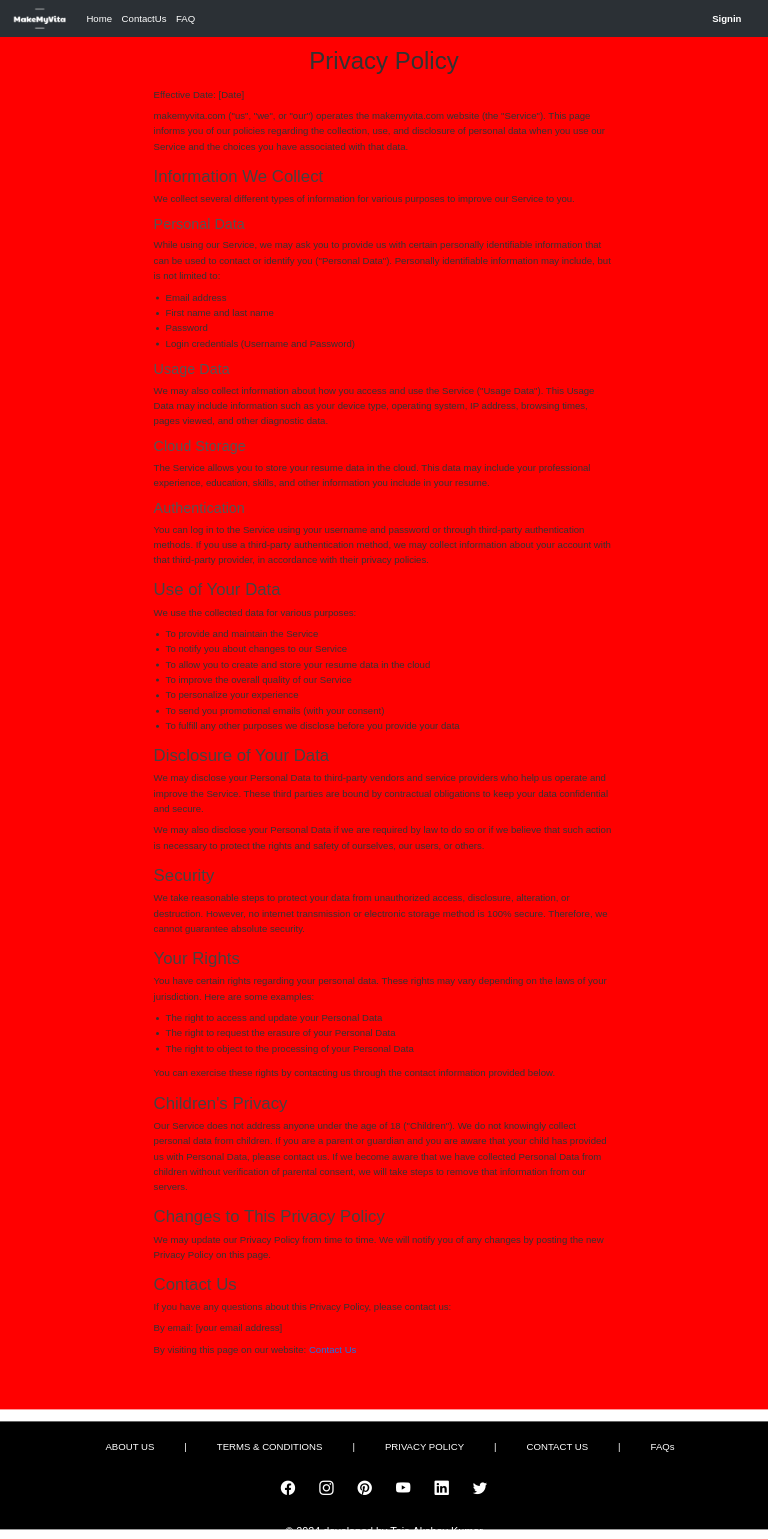
Repository: Tejaakshaykumar/MakeMyVita-Resume-Builder-Website
Page: /privacy (app in frontend/)
These files come from the project's save history. The page is drawn as it stood at one moment and after a run of saves; the edit follows.
The browser window is 1280 px wide. The pictures show the whole page, at 60% of full size.
Some web libraries are served in a nearby version. The project was rebuilt for these pictures with package versions that can differ from the ones it lists, and the page was loaded fresh each time. Also part of the build but not shown: frontend/src/App.css, frontend/src/containers/About.js, frontend/src/containers/Buildresume.js, frontend/src/containers/Images.js, frontend/src/containers/Features.js, frontend/src/containers/Review.js, frontend/src/containers/Trybox.js, frontend/src/containers/Motionbox.js and 5 more.

Above is the page before, as saved 2024-06-10 11:57:30.

### frontend/public/index.html
<!DOCTYPE html>
<html lang="en">
  <head>
    <meta charset="utf-8" />
    <link rel="icon" href="%PUBLIC_URL%/favicon.ico" />
    <meta name="viewport" content="width=device-width, initial-scale=1" />
    <meta name="theme-color" content="#000000" />
    <meta
      name="description"
      content="Web site created using create-react-app"
    />
    <link rel="apple-touch-icon" href="%PUBLIC_URL%/logo192.png" />
    <!--
      manifest.json provides metadata used when your web app is installed on a
      user's mobile device or desktop. See https://developers.google.com/web/fundamentals/web-app-manifest/
    -->
    <link rel="manifest" href="%PUBLIC_URL%/manifest.json" />
    <link rel="stylesheet" href="https://stackpath.bootstrapcdn.com/bootstrap/4.5.2/css/bootstrap.min.css">
  <link rel="stylesheet" href="https://stackpath.bootstrapcdn.com/font-awesome/4.7.0/css/font-awesome.min.css">
  <link href="https://cdn.jsdelivr.net/npm/bootstrap@5.3.3/dist/css/bootstrap.min.css" rel="stylesheet" integrity="sha384-QWTKZyjpPEjISv5WaRU9OFeRpok6YctnYmDr5pNlyT2bRjXh0JMhjY6hW+ALEwIH" crossorigin="anonymous">
  <link href="https://cdn.jsdelivr.net/npm/bootstrap-icons@1.7.2/font/bootstrap-icons.css" rel="stylesheet">
    <!--
      Notice the use of %PUBLIC_URL% in the tags above.
      It will be replaced with the URL of the `public` folder during the build.
      Only files inside the `public` folder can be referenced from the HTML.

      Unlike "/favicon.ico" or "favicon.ico", "%PUBLIC_URL%/favicon.ico" will
      work correctly both with client-side routing and a non-root public URL.
      Learn how to configure a non-root public URL by running `npm run build`.
    -->
    <title>React App</title>
  </head>
  <body>
    <noscript>You need to enable JavaScript to run this app.</noscript>
    <div id="root"></div>
    <!--
      This HTML file is a template.
      If you open it directly in the browser, you will see an empty page.

      You can add webfonts, meta tags, or analytics to this file.
      The build step will place the bundled scripts into the <body> tag.

      To begin the development, run `npm start` or `yarn start`.
      To create a production bundle, use `npm run build` or `yarn build`.
    -->
  </body>
  <script src="https://cdn.jsdelivr.net/npm/bootstrap@5.3.3/dist/js/bootstrap.bundle.min.js" integrity="sha384-YvpcrYf0tY3lHB60NNkmXc5s9fDVZLESaAA55NDzOxhy9GkcIdslK1eN7N6jIeHz" crossorigin="anonymous"></script>
</html>

### frontend/src/containers/Navbar.js
import React from 'react';
import { useNavigate } from 'react-router-dom';
import logo from '../images/HubSpot Brand Kit/Logo/PNG/main-logo-white-transparent.png';
export default function Navbar() {
  const navigate = useNavigate();
  const handleSigninClick = () => {
    navigate('/signin');
  };
  return (
    <div>

      <nav className="navbar fixed-top navbar-expand-lg bg-body-tertiary" data-bs-theme="dark" >
      <div className="container-fluid" >
        <a className="navbar-brand" href="/">
        <img src={logo} alt="Logo" style={{height:'5vh',width:'15vh',objectFit:'cover'}} />
        </a>
        <button
          className="navbar-toggler"
          type="button"
          data-bs-toggle="collapse"
          data-bs-target="#navbarSupportedContent"
          aria-controls="navbarSupportedContent"
          aria-expanded="false"
          aria-label="Toggle navigation"
        >
          <span className="navbar-toggler-icon" />
        </button>
        <div className="collapse navbar-collapse" id="navbarSupportedContent">
          <ul className="navbar-nav me-auto mb-2 mb-lg-0">
            <li className="nav-item">
              <a className="nav-link active" aria-current="page" href="/">
                Home
              </a>
            </li>
            <li className="nav-item">
              <a className="nav-link active" aria-current="page" href="#">
                ContactUs
              </a>
            </li>
            <li className="nav-item">
              <a className="nav-link active" aria-current="page" href="/FAQ">
                FAQ
              </a>
            </li>
          </ul>
          <form className="d-flex">
            <button className=" btn btn-outline-success custom-btn" type="submit" onClick={handleSigninClick}>
            &nbsp;&nbsp;&nbsp;&nbsp;&nbsp;Signin&nbsp;&nbsp;&nbsp;&nbsp;&nbsp;
            </button>
          </form>
        </div>
      </div>
    </nav>

    </div>
  );
}

### frontend/src/containers/Foot.js
import React from 'react';
import './cont.css'; // Import the CSS file

export default function Foot() {
  return (
    <footer>
      <div className="footer-container ">
        <ul className="footer-nav">
        <li className="nav-item">
            <a className="nav-link" href="/aboutus">
              ABOUT US
            </a>
          </li>
          <>|</>
          <li className="nav-item">
            <a className="nav-link" href="/T&C">
              TERMS & CONDITIONS
            </a>
          </li>
          <>|</>
        <li className="nav-item">
            <a className="nav-link" href="/privacy">
              PRIVACY POLICY
            </a>
          </li>
          <>|</>
          <li className="nav-item">
            <a className="nav-link" href="#">
              CONTACT US
            </a>
          </li>
          <>|</>
          <li className="nav-item">
            <a className="nav-link" href="/FAQ">
              FAQs
            </a>
          </li>
        </ul>
        <div class="social-icons">
        <a href="https://www.facebook.com" target="_blank" aria-label="Facebook">
          <i class="bi bi-facebook"></i>
        </a>
        <a href="https://www.instagram.com" target="_blank" aria-label="Instagram">
          <i class="bi bi-instagram"></i>
        </a>
        <a href="https://www.pinterest.com" target="_blank" aria-label="Pinterest">
          <i class="bi bi-pinterest"></i>
        </a>
        <a href="https://www.youtube.com" target="_blank" aria-label="YouTube">
          <i class="bi bi-youtube"></i>
        </a>
        <a href="https://www.linkedin.com" target="_blank" aria-label="LinkedIn">
          <i class="bi bi-linkedin"></i>
        </a>
        <a href="https://www.twitter.com" target="_blank" aria-label="Twitter">
          <i class="bi bi-twitter"></i>
        </a>
      </div>
      <div className="footer-copy">
          &copy; 2024 developed by Teja Akshay Kumar
      </div>
      </div>
    </footer>
  );
}

### frontend/src/containers/cont.css
/* navbar */
.custom-btn {
  color: white;
}
.custom-btn:hover {
  color: black;
  background-color: white;
}

.footer-container {
  height: 25vh;
  width: 100%;
  background-color: rgb(0, 0, 0);
  color: white;
  display: flex;
  flex-direction: column;
  align-items: center;
  /* padding-bottom: 3%; */
  /* justify-content: center; */
}

.footer-nav {
  display: flex;
  list-style: none;
  padding-top: 30px;
  margin: 0;
}

.footer-nav .nav-item {
  margin: 0 50px;
}

.footer-nav .nav-item .nav-link {
  color: white;
  text-decoration: none;
  /* text-transform: uppercase; */
  /* text-decoration: underline; */
}

.footer-nav .nav-item .nav-link:hover {
  text-decoration: underline;
}

.footer-copy {
  /* padding-top: 5%; */
  text-align: center;
  font-size: large;
  font-weight: 500;
  /* padding-bottom: 3%; */
}

.social-icons {
  display: flex;
  justify-content: center;
  gap: 40px;
  padding: 40px;
  /* background-color: #f0f0f0; */
}

.social-icons a {
  color: #ffffff;
  font-size: 24px;
  text-decoration: none;
}

.social-icons a:hover {
  color: #007bff;
}

/* Features */

.feature-component {
  height: 90vh;
  width: 100%;
  display: flex;
  justify-content: flex-start;
  flex-wrap: wrap;
  margin-top: 10%;
  padding-left: 8%;
  padding-right: 8%;
}
.feature {
  flex: 1 1 30%;
  box-sizing: border-box;
  padding: 20px;
  margin: 10px;
  text-align: center;
  background-color: #fff;
  border-radius: 8px;
  /* box-shadow: 0 4px 8px rgba(0, 0, 0, 0.1); */
}

.feature img {
  width: 60px;
  height:80px;
  margin-bottom: 10px;
}

.feature h3 {
  font-size: 1.5em;
  margin-bottom: 10px;
  font-weight: 500;
  font-family:'Franklin Gothic Medium', 'Arial Narrow', Arial, sans-serif;
}

.feature p {
  font-size: 1.3em;
  color: #666;
  font-weight: 400;
  font-family: 'Gill Sans', 'Gill Sans MT', Calibri, 'Trebuchet MS', sans-serif;
}

.feature:hover {
  background: linear-gradient(to right, #fd4908, #1e90ff);
  box-shadow: black;
  border-radius: 5%;
  color: rgb(255, 255, 255);
}

.feature:hover h3,
.feature:hover p {
  color: rgb(255, 255, 255);
}

/* About */
.resume-builder-container {
  display: flex;
  flex-direction: row;
  justify-content: space-between;
  align-items: center;
  padding: 10vh;
  /* background-color: #fff; */
  background: linear-gradient(to right, #84eefc, #ffffff, #ffffff);
  /* background:linear-gradient(to left, #00e1ff,#ffffff, #ffffff); */
  /* border: 1px solid #ddd; */
  /* border-radius: 8px; */
  /* box-shadow: 0 2px 4px rgba(0, 0, 0, 0.1); */
  height: 80vh;
}

.resume-builder-container1 {
  display: flex;
  flex-direction: row;
  justify-content: space-between;
  align-items: center;
  padding: 10vh;
  height: 80vh;
  background: linear-gradient(to top, #ffffff, #59CE8F,#E8F9FD, #ffffff);
}

/* .resume-builder-image {
    -webkit-mask-image: radial-gradient(circle, rgba(0, 0, 0, 1) 50%, rgba(0, 0, 0, 0) 90%);
    mask-image: radial-gradient(circle, rgba(0, 0, 0, 1) 50%, rgba(0, 0, 0, 0) 90%);
  }
   */
.resume-builder-content {
  max-width: 60%;
  padding: 10%;
}

.resume-builder-content1 {
  max-width: 70%;
  padding: 10%;
}

.resume-builder-content h1 {
  font-size: 4em;
  color: #333;
  margin-bottom: 10px;
  font-family: "Franklin Gothic Medium", "Arial Narrow", Arial, sans-serif;
  text-align: left;
}

.resume-builder-content p {
  font-size: 1.4em;
  font-weight: 400;
  color: #666;
  line-height: 1.5;
  margin-bottom: 20px;
  /* padding-left: 2%; */
  /* text-align: center; */
}

.resume-builder-content1 h1 {
  font-size: 4em;
  color: #333;
  margin-bottom: 10px;
  font-family: "Franklin Gothic Medium", "Arial Narrow", Arial, sans-serif;
  text-align: left;
}

.resume-builder-content1 p {
  font-size: 1.4em;
  font-weight: 400;
  color: #666;
  line-height: 1.5;
  margin-bottom: 20px;
  /* padding-left: 2%; */
  /* text-align: center; */
}

.aboutbutton {
  height: 6vh;
  width: 27%;
  margin-left: 20%;
  margin-top: 2%;
  text-align: center;
  font-weight: 500;
  border-radius: 7px;
  color: #ffffff;
  font-weight: 700;
  transition: background 0.3s ease;
  /* border-style:solid; */
  border-color: white;
  background: #3e14fc;
  box-shadow: 0 2px 6px rgba(24, 23, 23, 0.801);
  /* box-shadow: #3e14fc; */
}
.aboutbutton:hover {
  transition: background 0.3s ease;
  border-style: solid;
  background: linear-gradient(to right, #ffd000, #ff0000);
  box-shadow: #3e14fc;
}

.create-now-button {
  background-color: #00b0ff;
  color: #fff;
  border: none;
  padding: 10px 20px;
  font-size: 1em;
  border-radius: 5px;
  cursor: pointer;
}

.create-now-button:hover {
  background-color: #008cba;
}

.resume-builder-image {
  max-width: 40%;
}

.resume-builder-image img {
  max-width: 100%;
  height: auto;
  border-radius: 8px;
}

.text-gradient {
  background: linear-gradient(to right, #ff7f50, #1e90ff);
  -webkit-background-clip: text;
  -webkit-text-fill-color: transparent;
  background-clip: text;
  color: transparent;
}

.icon-container {
  width: 100%;
  height: 100px;
  overflow: hidden;
  white-space: nowrap;
  position: relative;
  background-color: #ffffff;
  padding-bottom: 25px;
}

.icons {
  display: inline-block;
  animation: moveIcons 40s linear infinite;
}

.icons img {
  font-size: 24px;
  margin: 0 15px; /* Add some margin between icons */
  color: #333;
  /* width: 100px; Adjust the size as needed */
  height: 50px;
}

@keyframes moveIcons {
  0% {
    transform: translateX(70%);
  }
  100% {
    transform: translateX(-100%);
  }
}

.try {
  height: 30vh;
  width: 100%;
  background-image: url("C:/Users/tejaa/Downloads/pexels-magda-ehlers-pexels-1279813.jpg");
  background-size: cover;
  align-items: center;
  display: flex;
  flex-direction: column;
  justify-content: center;
  margin-bottom: 7vh;
  margin-top: 5vh;
}

.try h2 {
  font-size: 280%;
  color: antiquewhite;
  text-shadow: 5px 5px 3px rgba(0, 0, 0, 0.3);
}
.try button {
  height: 4vh;
  width: 15%;
  font-weight: 700;
  border-radius: 5cm;
  color: blanchedalmond;
  border: #ffffff;
  background: linear-gradient(to right, #fd0808, #a51eff);
}

/* Review */
/* Styles for the main container */
/* Swiper specific styles */
/* #App {
  height: 100%;
}
html,
body {
  position: relative;
  height: 100%;
}

body {
  background: #eee;
  font-family: Helvetica Neue, Helvetica, Arial, sans-serif;
  font-size: 14px;
  color: #000;
  margin: 0;
  padding: 0;
} */
.swiper-container {
  /* position: relative; */
  height: 30vh;
  background: #ffffff;
  font-family: Helvetica Neue, Helvetica, Arial, sans-serif;
  font-size: 14px;
  color: #000;
  margin: 30px;
  padding: 10px;
  display: flex;
  flex-direction: row;
  justify-content: center;
}

.swiper {
  width: 100%;
  height: 100%;
}

.swiper-slide {
  text-align: center;
  font-size: 18px;
  background: #ffffff;
  display: flex;
  justify-content: center;
  align-items: center;
  padding-top: 20%;
  /* margin: 5%; */
}

.swiper-slide img {
  display: block;
  width: 100%;
  height: 100%;
  object-fit: cover;
}

.autoplay-progress {
  position: absolute;
  right: 16px;
  bottom: 16px;
  z-index: 10;
  width: 48px;
  height: 48px;
  display: flex;
  align-items: center;
  justify-content: center;
  font-weight: bold;
  color: var(--swiper-theme-color);
}

.autoplay-progress svg {
  --progress: 0;
  position: absolute;
  left: 0;
  top: 0px;
  z-index: 10;
  width: 100%;
  height: 100%;
  stroke-width: 4px;
  stroke: var(--swiper-theme-color);
  fill: none;
  stroke-dashoffset: calc(125.6px * (1 - var(--progress)));
  stroke-dasharray: 125.6;
  transform: rotate(-90deg);
}

### frontend/src/pages/pagestyles.css
/* TandC */

.tandc-container {
    max-width: 100%;
    padding: 6% 20%;
    font-family: Arial, sans-serif;
    background: linear-gradient(to top,rgb(0, 0, 0),navy,rgba(0, 0, 0, 0.911));
    color:#eee;
    margin-bottom: -2%;

  }

  .tandc-container h1 {
    text-align: center;
    margin-bottom: 20px;
    font-weight: 700;
    color: #eee;
    font-size: 5rem;
    text-shadow: 0px 0px 10px rgb(0, 0, 0);
  }

  .tandc-container h2 {
    margin-top: 30px;
    color: #eee;
    font-weight: 700;
    font-size: 1.7rem;
    text-shadow: 0px 0px 10px rgba(0, 0, 0, 0.884);
  }

  .tandc-container p {
    line-height: 1.6;
    font-weight: 600;
    font-size: 1.1rem;
  }

  .tandc-container ul {
    list-style-type: disc;
    padding-left: 20px;
    font-weight: 600;
    font-size: 1.1rem;
  }

  .tandc-container a {
    color: #1a73e8;
    text-decoration: none;
  }

  .tandc-container a:hover {
    text-decoration: underline;
  }


  /* Privacy */
  .privacy-container {
    max-width: 100%;
    padding: 6% 20%;
    font-family: 'Arial', sans-serif;
    color: #333;
    line-height: 1.6;
    background-color: #ff0000;
    /* border-radius: 8px; */
    /* box-shadow: 0 0 10px rgba(0, 0, 0, 0.1); */
    margi
  }

  h1 {
    text-align: center;
    color: #333;
    font-size: 2.5rem;
    margin-bottom: 20px;
  }

  h2 {
    color: #444;
    font-size: 1.75rem;
    margin-top: 20px;
  }

  h3 {
    color: #555;
    font-size: 1.5rem;
    margin-top: 15px;
  }

  p {
    margin-bottom: 10px;
  }

  ul {
    list-style-type: disc;
    padding-left: 20px;
  }

  a {
    color: #1a73e8;
    text-decoration: none;
  }

  a:hover {
    text-decoration: underline;
  }

  @media (max-width: 600px) {
    .privacy-container {
      padding: 10px;
    }

    h1 {
      font-size: 2rem;
    }

    h2 {
      font-size: 1.5rem;
    }

    h3 {
      font-size: 1.25rem;
    }
  }

  /* Aboutus */
  .about-container {
    font-family: 'Arial', sans-serif;
    color: #fff;
    max-width: 1200px;
    margin: 0 auto;
    padding: 20px;
    background-color: #000; /* For overall contrast, adjust as needed */
  }

  .about-top {
    position: relative;
    text-align: center;
    color: white;
  }

  .about-image {
    width: 100%;
    height: auto;
    border-radius: 10px;
    opacity: 0.8;
  }

  .about-content {
    position: absolute;
    top: 50%;
    left: 50%;
    transform: translate(-50%, -50%);
    background-color: rgba(0, 0, 0, 0.5); /* Semi-transparent background */
    padding: 20px;
    border-radius: 10px;
    max-width: 90%;
    text-align: left;
  }

  .about-content h1 {
    font-size: 3rem;
    margin-bottom: 10px;
  }

  .about-content p {
    font-size: 1.2rem;
  }

  .about-bottom {
    background-color: #222;
    padding: 40px;
    border-radius: 10px;
    margin-top: 20px;
  }

  .about-bottom h2 {
    font-size: 2rem;
    margin-bottom: 20px;
  }

  .about-bottom p,
  .about-bottom ul {
    font-size: 1.2rem;
    line-height: 1.6;
  }

  .about-bottom ul {
    list-style-type: disc;
    padding-left: 20px;
  }

  .about-bottom h3 {
    font-size: 1.5rem;
    margin-top: 20px;
  }

  @media (max-width: 768px) {
    .about-content h1 {
      font-size: 2rem;
    }

    .about-content p {
      font-size: 1rem;
    }

    .about-bottom h2 {
      font-size: 1.5rem;
    }

    .about-bottom p,
    .about-bottom ul {
      font-size: 1rem;
    }
  }

  /* FAQ */
  /* styles.css */

/* body, html {
  margin: 0;
  padding: 0;
  font-family: Arial, sans-serif;
  background-color: #f7f7f7;
}

.app {
  display: flex;
  justify-content: center;
  align-items: center;
  min-height: 100vh;
  padding: 20px;
} */

.faq-container {
  background-color: white;
  padding: 20px;
  border-radius: 8px;
  max-width: 800px;
  width: 100%;
  box-shadow: 0 4px 8px rgba(0, 0, 0, 0.1);
}

.faq-container h1 {
  text-align: center;
  margin-bottom: 20px;
}

.faq-container input {
  width: 100%;
  padding: 10px;
  margin-bottom: 20px;
  border: 1px solid #ccc;
  border-radius: 4px;
}

.faq-list {
  max-height: 500px;
  overflow-y: auto;
}

.faq-item {
  border-bottom: 1px solid #eee;
  padding: 10px 0;
}

.faq-question {
  cursor: pointer;
  font-weight: bold;
}

.faq-answer {
  margin-top: 10px;
}

.related-articles {
  margin-top: 10px;
}

.related-articles h4 {
  margin-bottom: 5px;
}

.related-articles ul {
  padding-left: 20px;
  margin: 0;
}

.related-articles li {
  list-style-type: disc;
}



  /* Dashboard */
  body {
    font-family: Arial, sans-serif;
  }

  .sidebar {
    position: fixed;
    top: 0;
    bottom: 0;
    left: 0;
    z-index: 100;
    padding: 48px 0 0;
    box-shadow: inset -1px 0 0 rgba(0, 0, 0, .1);
  }

  .sidebar .nav-link {
    font-weight: 500;
    color: #333;
  }

  .sidebar .nav-link.active {
    color: #007bff;
  }

  .sidebar .nav-link:hover {
    color: #007bff;
  }

  .sidebar .sidebar-title {
    padding: 16px;
    font-size: 1.5rem;
    text-align: center;
  }

  .sidebar-footer {
    position: absolute;
    bottom: 0;
    width: 100%;
    padding: 16px;
    text-align: center;
  }

  .sidebar-footer .nav-link {
    color: #007bff;
  }

  .sidebar-footer .nav-link:hover {
    color: #0056b3;
  }

  .badge-new {
    background-color: #28a745;
    color: white;
    padding: 4px 8px;
    border-radius: 12px;
  }

  .card {
    margin-bottom: 1.5rem;
  }

  .card-title {
    font-size: 1.5rem;
    font-weight: bold;
  }

  .alert {
    margin-bottom: 0;
    font-size: 0.875rem;
  }

  @media (max-width: 767.98px) {
    .sidebar {
      position: relative;
      width: 100%;
      height: auto;
    }

    .sidebar .nav-link {
      font-size: 0.875rem;
    }
  }


  /* Signin */


  .signin {
    /* background: linear-gradient(45deg, #a1c4fd, #c2e9fb); */
    font-family: 'Arial', sans-serif;
    /* background:linear-gradient(to top,#000000,#5A72A0,#83B4FF,#FDFFE2); */
    background:linear-gradient(to top,#000000,#243763);
    /* background:linear-gradient(to top,#000000,#E96479,#F5E9CF,#c4fffd); */

    height: 100vh;
    display: flex;
    justify-content: center;
    align-items: center;
    margin-bottom: -2%;
  }

  .signin-container {
    text-align: center;

  }

  .signin-box {
    background: #fff;
    padding: 40px;
    border-radius: 8px;
    box-shadow: 0px 0px 20px rgba(0, 0, 0, 0.301);
    width: 500px;
    max-width: 90%;
  }

  .signin-header h2 {
    font-size: 24px;
    font-weight: 700;
    margin-bottom: 10px;
  }

  .signin-header p {
    font-size: 14px;
    color: #777;
    margin-bottom: 20px;
  }

  .form-group {
    margin-bottom: 15px;
  }

  .form-group label {
    display: block;
    text-align: left;
    margin-bottom: 5px;
  }

  .form-control {
    width: 100%;
    padding: 10px;
    border: 1px solid #ccc;
    border-radius: 4px;
    box-sizing: border-box;
  }

  .input-group {
    display: flex;
    align-items: center;
  }

  .input-group-append {
    background: #fff;
    border: 1px solid #ccc;
    border-left: 0;
    padding: 10px;
    border-radius: 0 4px 4px 0;
    cursor: pointer;
  }

  .form-check {
    display: flex;
    align-items: center;
    justify-content: space-between;
    margin: 20px 0;
  }

  .form-check-input {
    margin-right: 10px;
  }

  .form-check-label {
    margin-right: auto;
  }

  .forgot-password {
    color: #000;
    text-decoration: none;
  }

  .btn {
    width: 100%;
    padding: 10px;
    border: none;
    border-radius: 4px;
    cursor: pointer;
    font-size: 16px;
    font-weight: bold;
  }

  .btn-primary {
    background: #000;
    color: #fff;
  }

  .or-use {
    margin: 20px 0;
  }

  .or-use span {
    background: #fff;
    padding: 0 10px;
    color: #777;
  }

  .social-login {
    display: flex;
    justify-content: center;
    margin: 20px 0;
  }

  .social-login button {
    margin: 0 10px;
    width: 50px;
    height: 50px;
    border-radius: 50%;
    border: 1px solid #ccc;
    display: inline-flex;
    justify-content: center;
    align-items: center;
    background: #fff;
    cursor: pointer;
  }

  footer {
    margin-top: 20px;
  }

  footer p {
    font-size: 14px;
    color: #777;
  }

Loaded but not shown: frontend/src/index.js (common file); frontend/src/index.css (common file); frontend/src/reportWebVitals.js (common file); frontend/src/pages/Privacy.js (121 lines, source omitted); frontend/src/App.js (99 lines, source omitted)

After the next 3 saves:
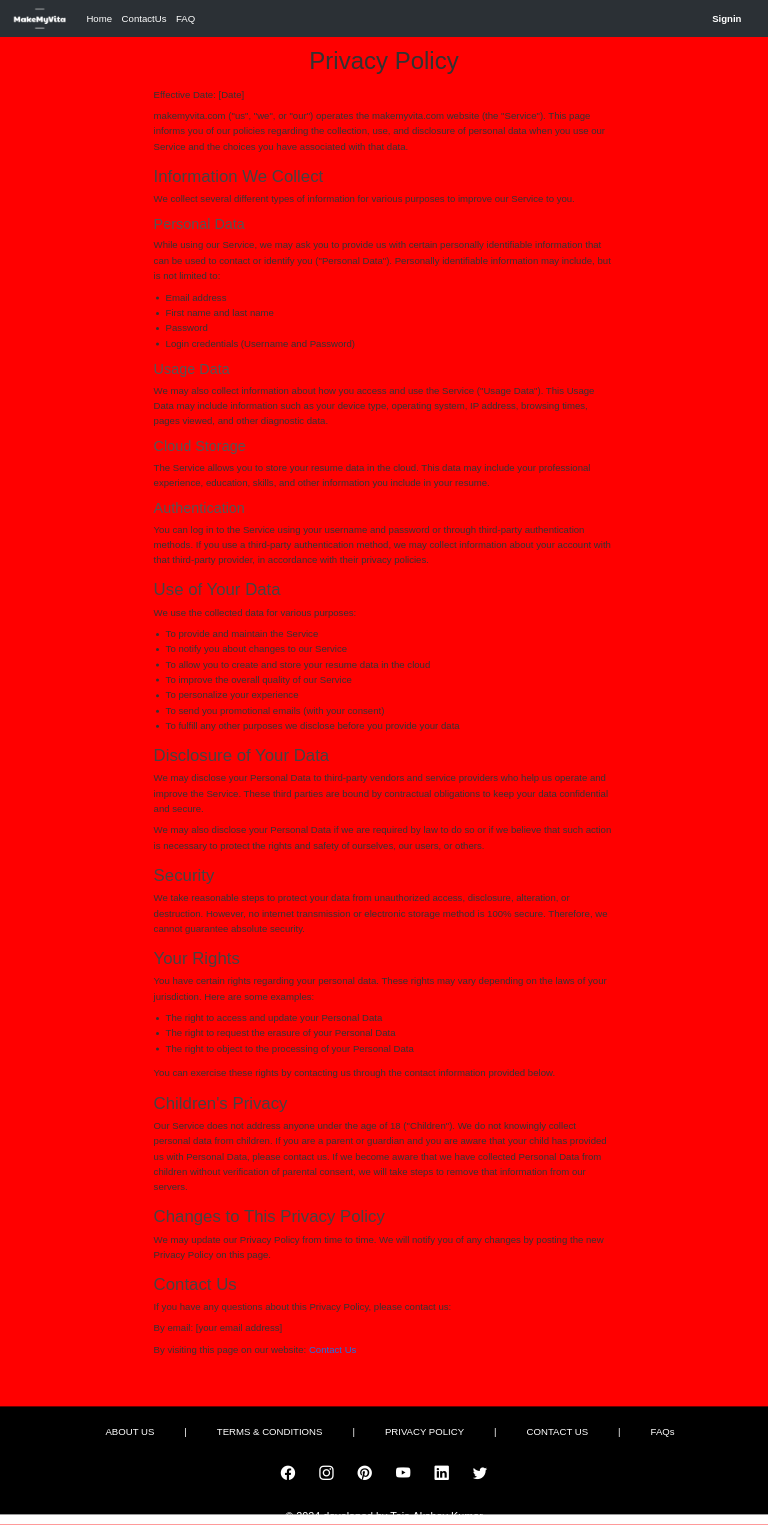
The 3 saves are shown as one change because they came seconds apart.
The last was saved 9 s later.
--- a/frontend/src/pages/pagestyles.css
+++ b/frontend/src/pages/pagestyles.css
@@ -60,7 +60,7 @@
     background-color: #ff0000;
     /* border-radius: 8px; */
     /* box-shadow: 0 0 10px rgba(0, 0, 0, 0.1); */
-    margi
+    margin-bottom: -2%;
   }
 
   h1 {
